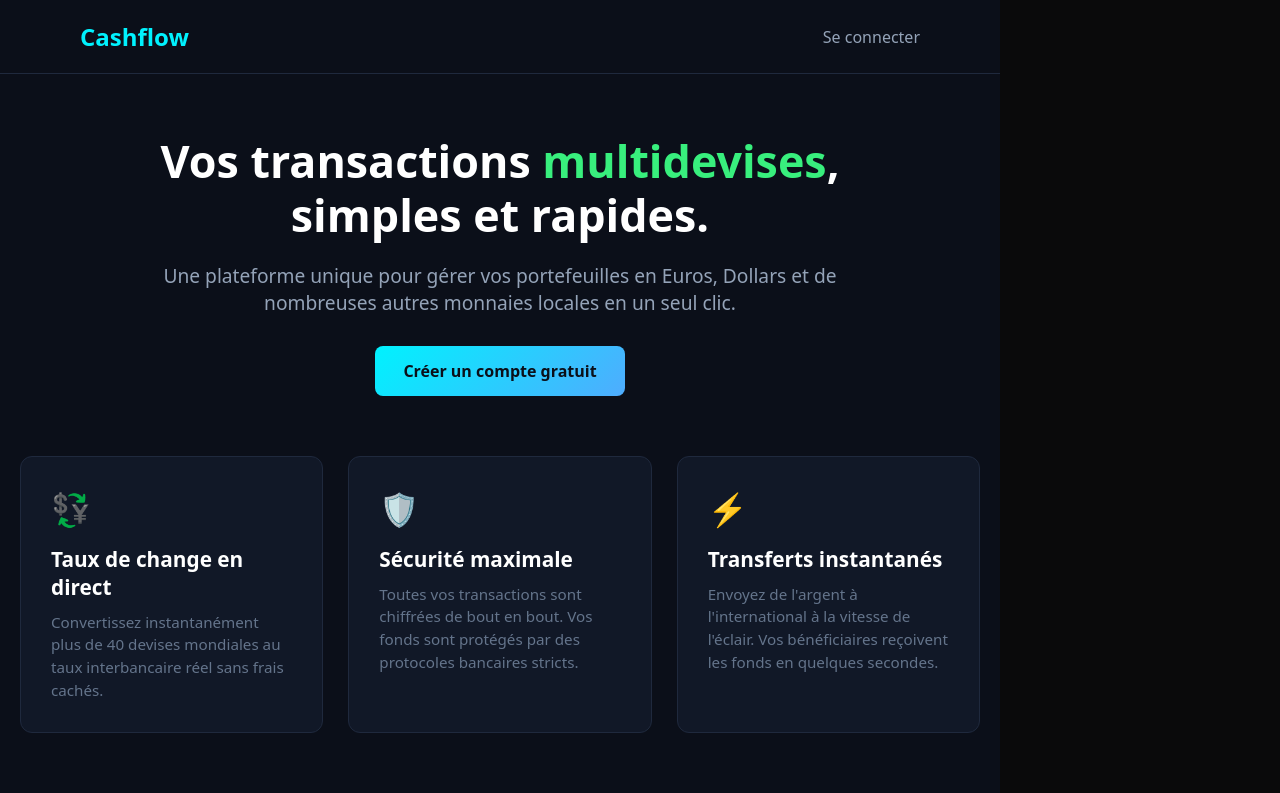
Repository: laetitiamaelle/GROUEPE5_PROGRAMMATIONWEBII_PLATEFORME_DE_TRANSFERT_MULTIDEVISE
Page: /home
The author's editor kept a copy of each file at every save. The page is drawn from the files as they stood at one save, then again after the next save.
The browser window is 1280 px wide. The pictures show the whole page.
The project was rebuilt for these pictures with package versions that can differ from the ones it lists, and the page was loaded fresh each time. The framework's server and built-in components were replaced by stand-ins that run in the browser. Also part of the build but not shown: next.config.ts.

Above is the page before, as saved 2026-05-21 11:00:44.

After the next save:
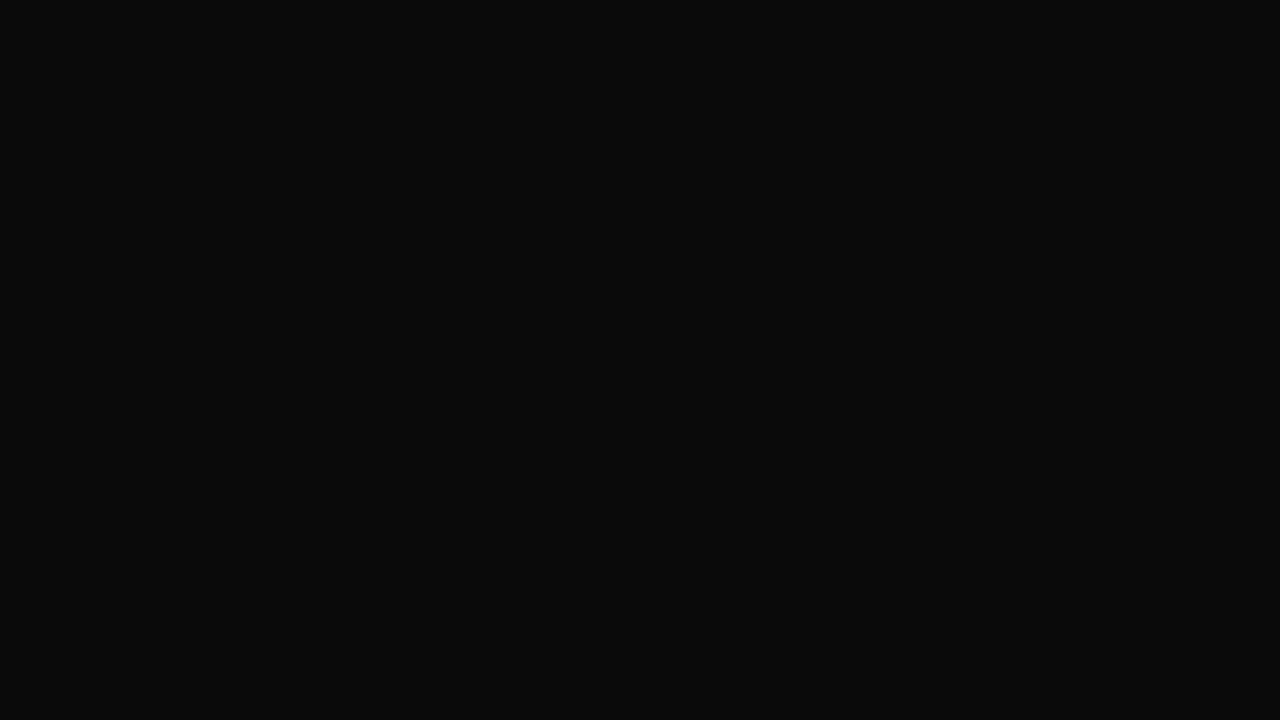
Saved 115 s later.
--- a/app/home/page.tsx
+++ b/app/home/page.tsx
@@ -1,9 +1,9 @@
-import Home from '@/components/Home'
+import home from '@/components/home'
 
 export default function HomePage() {
     return (
         <div style={{ display: 'flex', minHeight: '100vh', background: '#0A0A0B'}}>
-            <Home />
+            <home />
         </div>
     )
 }

After the 2 saves that followed:
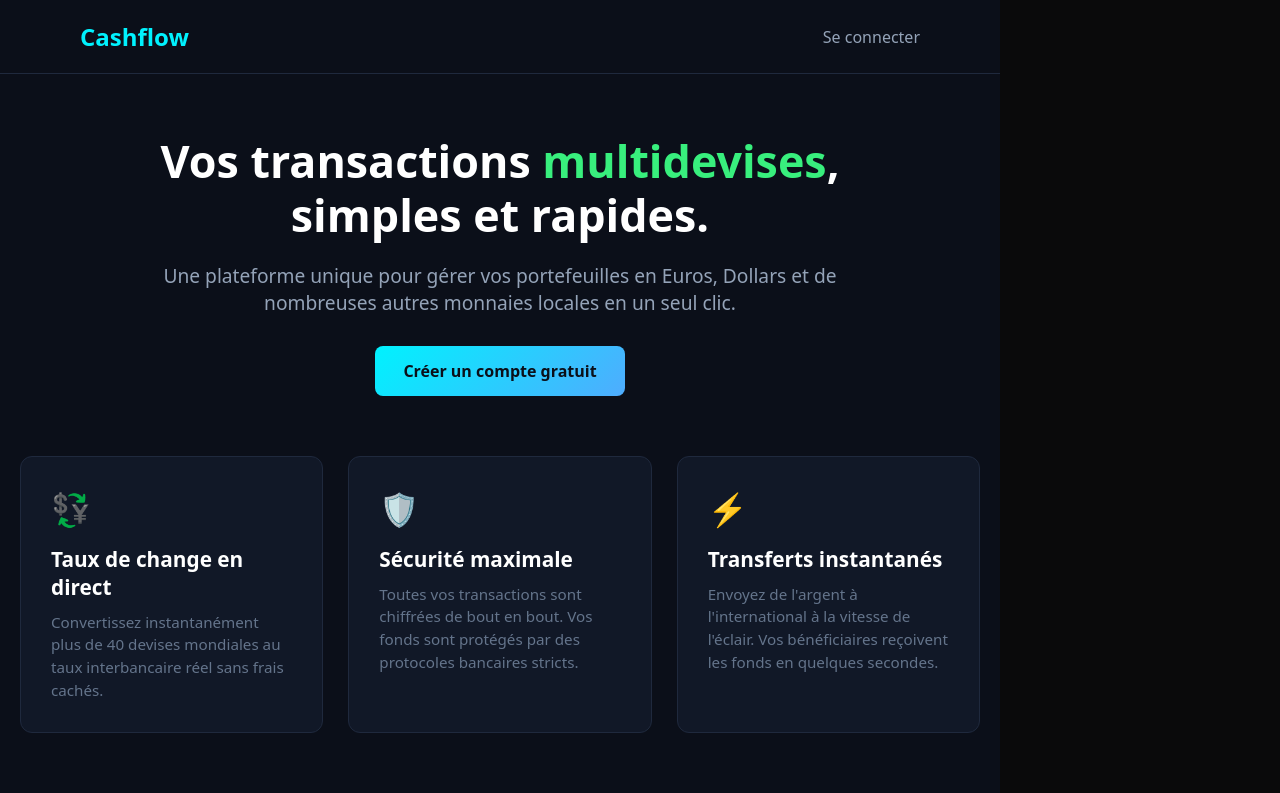
The 2 saves are shown as one change because 1 did not build or start.
The last was saved 39 s later.
--- a/app/home/page.tsx
+++ b/app/home/page.tsx
@@ -1,9 +1,9 @@
-import home from '@/components/home'
+import Home from '@/components/Home'
 
 export default function HomePage() {
     return (
         <div style={{ display: 'flex', minHeight: '100vh', background: '#0A0A0B'}}>
-            <home />
+            <Home />
         </div>
     )
 }
